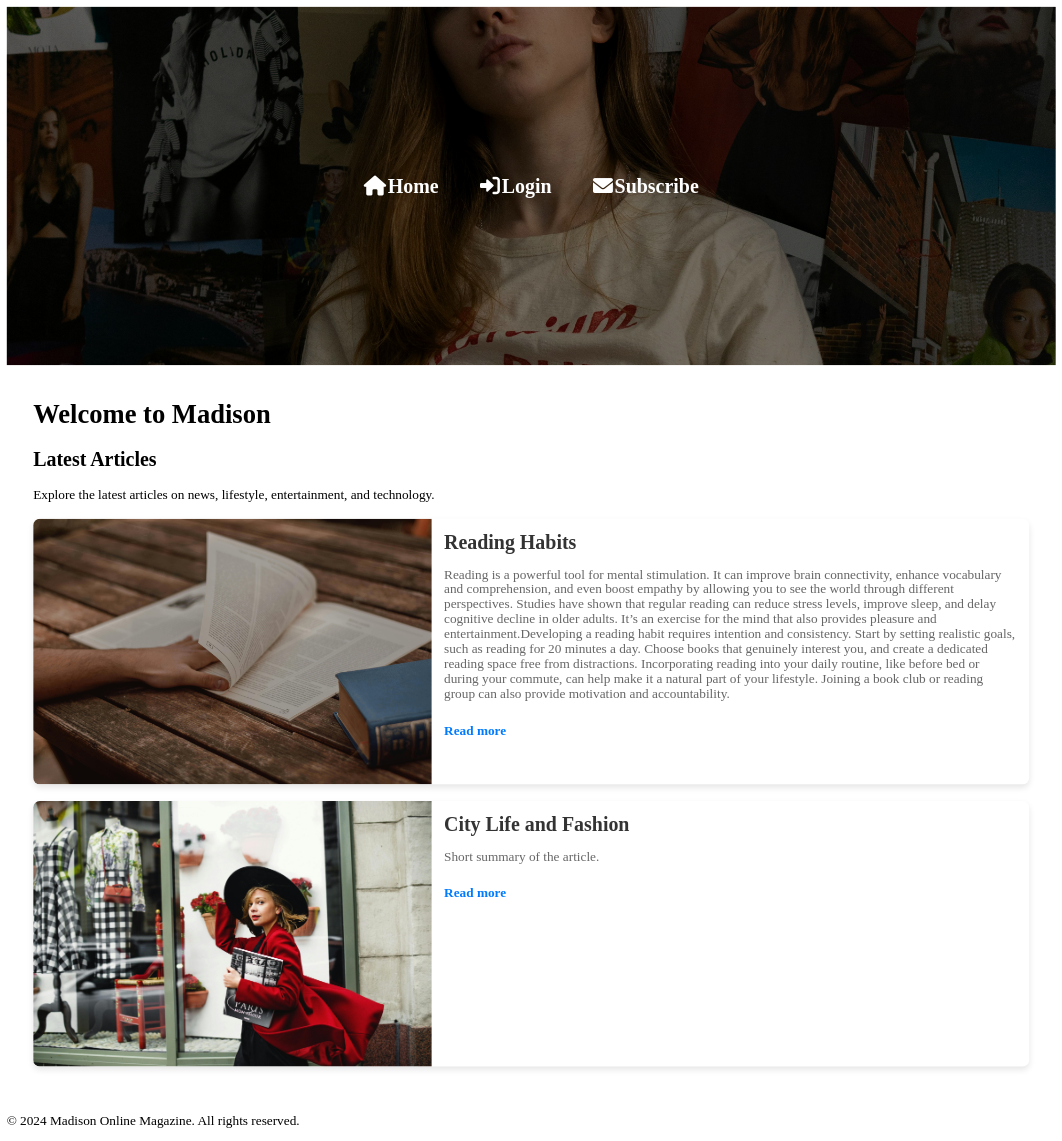
Repository: Anukb/Madison-Magazine-
Page: http://localhost/
An editor plug-in stored every save of this project. The page is shown before and after a run of saves, followed by the edit.
The browser window is 1280 px wide. The pictures show the whole page, at 83% of full size.
The page is served by the project's application, run on Django 5.2 (manage.py).

Above is the page before, as saved 2024-08-13 06:51:41.

After the next 2 saves:
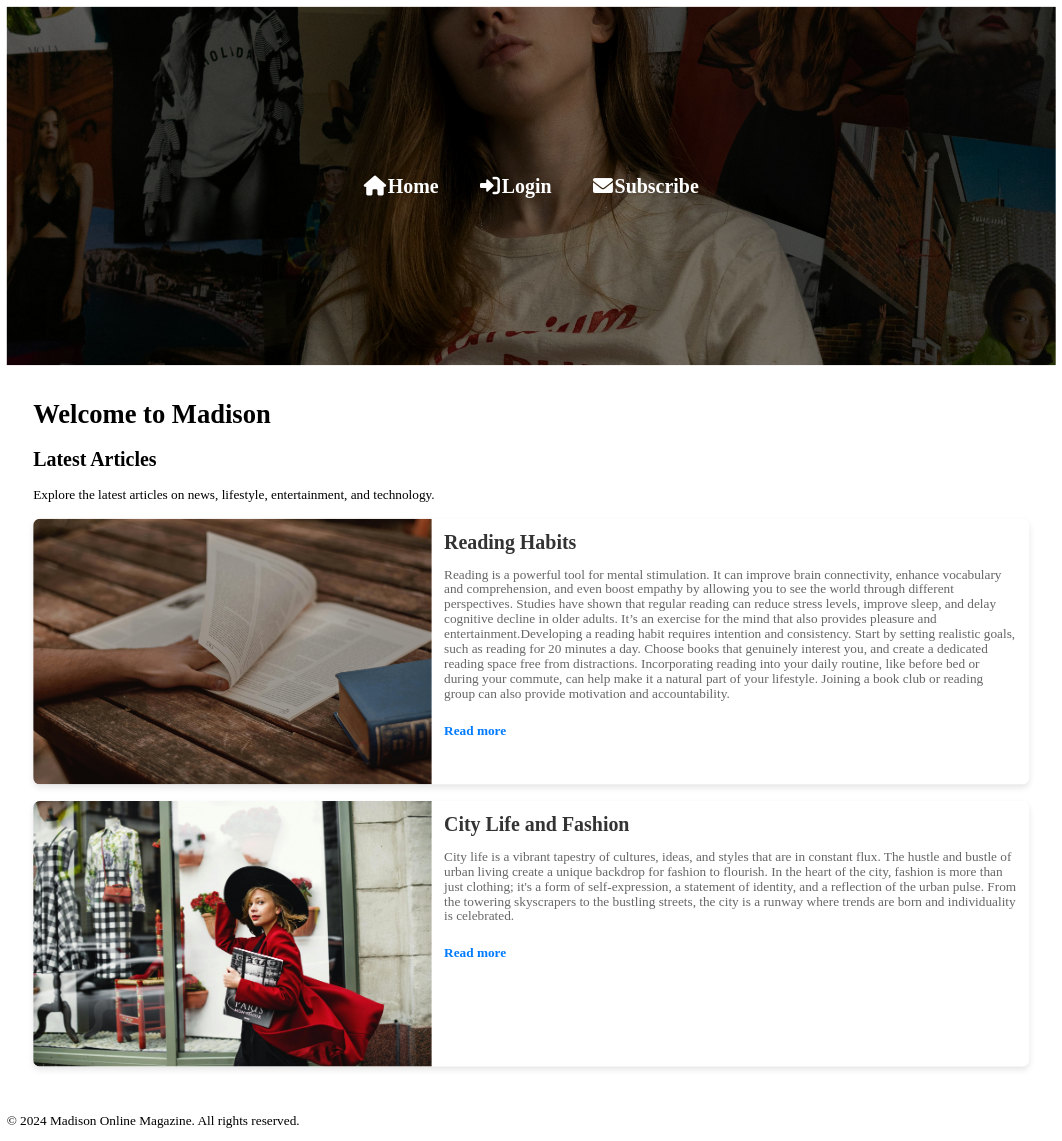
The 2 saves are shown as one change because they came seconds apart.
The last was saved 7 s later.
--- a/myapp/templates/home.html
+++ b/myapp/templates/home.html
@@ -44,7 +44,7 @@
                     <img src="{% static 'images/img4.jpg' %}" alt="Article 2 Image" class="card-img">
                     <div class="card-content">
                         <h3>City Life and Fashion</h3>
-                        <p>Short summary of the article.</p>
+                        <p>City life is a vibrant tapestry of cultures, ideas, and styles that are in constant flux. The hustle and bustle of urban living create a unique backdrop for fashion to flourish. In the heart of the city, fashion is more than just clothing; it's a form of self-expression, a statement of identity, and a reflection of the urban pulse. From the towering skyscrapers to the bustling streets, the city is a runway where trends are born and individuality is celebrated.</p>
                         <a href="#" class="read-more">Read more</a>
                     </div>
                 </div>
